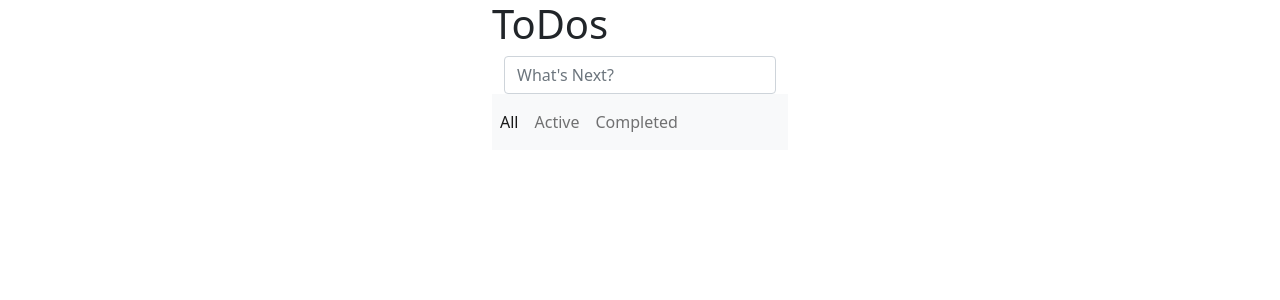
Repository: shuroo/FECourse-final-ex-todos
Page: /
These files come from the project's save history. The page is drawn as it stood at one moment and after the next save; the edit follows.
The browser window is 1280 px wide. The pictures show the whole page.
The project was rebuilt for these pictures with package versions that can differ from the ones it lists, and the page was loaded fresh each time. Also part of the build but not shown: src/App.css, src/components/TaskComponent.jsx.

Above is the page before, as saved 2021-08-04 02:08:32.

After the next save:
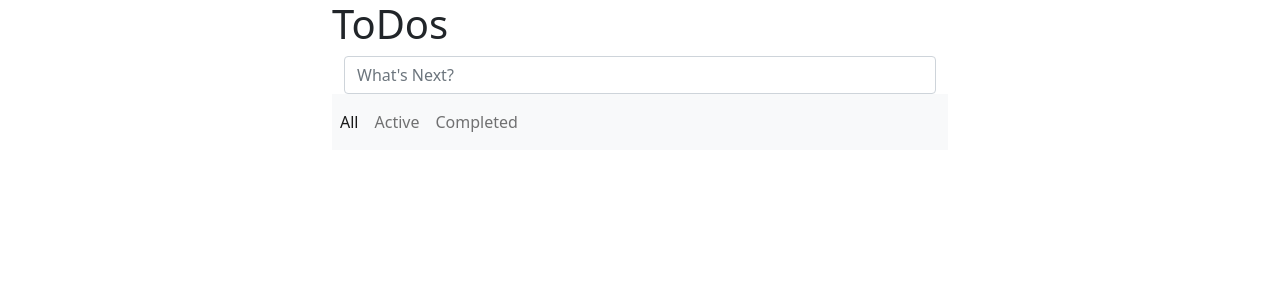
Saved 20 s later.
--- a/src/pages/HomePage.jsx
+++ b/src/pages/HomePage.jsx
@@ -80,7 +80,7 @@ function HomePage(){
     const tasksView = (!tasksFiltered ? null :tasksFiltered.map((task,index) =>{
         return <TaskComponent removeTask={removeTask} key={task.key+index} task={task}/>;}));
 
-    return (<Container  fluid="md" className="col-lg-3 col-md-3">
+    return (<Container  fluid="md" className="col-lg-6 col-md-6 col-sm-6">
             <h1>ToDos</h1>
             <Alert key={"removeWarning"} variant="danger" style={{"display":showAlert}}>
                 Cannot Remove incomplete task. aborting.
